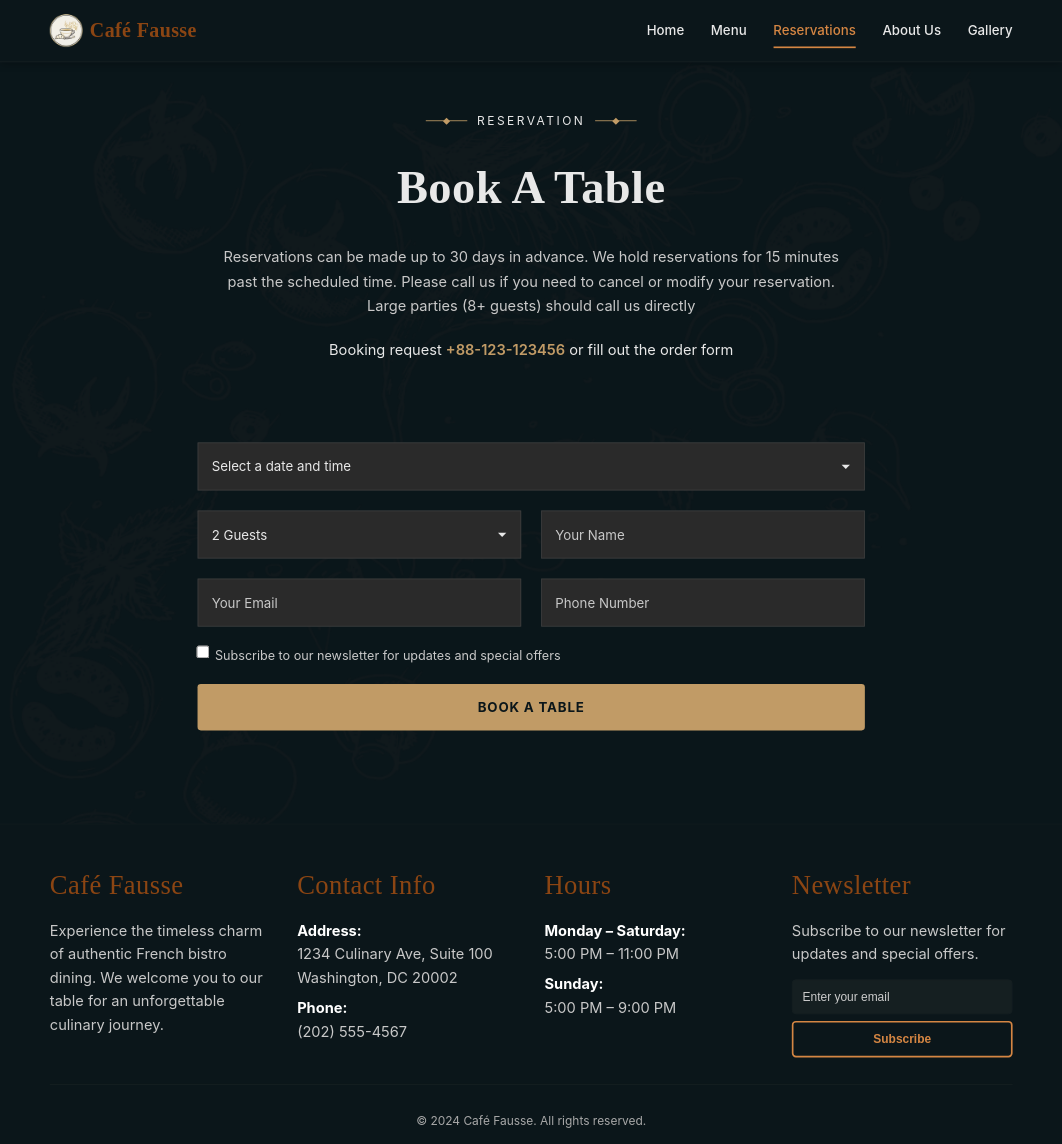
Repository: MatVanDenArt/MSSE-Cafe-Fausse
Page: /reservations (app in frontend/)
The author's editor kept a copy of each file at every save. The page is drawn from the files as they stood at one save, then again after the next save.
The browser window is 1280 px wide. The pictures show the whole page, at 83% of full size.
Backgrounds fixed to the window are drawn as part of the page. The project was rebuilt for these pictures with package versions that can differ from the ones it lists, and the page was loaded fresh each time. Also part of the build but not shown: frontend/src/pages/Home.css, frontend/src/pages/Home.js, frontend/src/pages/Menu.css, frontend/src/pages/Menu.js, frontend/src/pages/About.css, frontend/src/pages/About.js, frontend/src/pages/Gallery.css, frontend/src/pages/Gallery.js.

Above is the page before, as saved 2025-11-04 16:09:59.

### frontend/src/App.js
import React from "react";
import { BrowserRouter as Router, Routes, Route } from "react-router-dom";
import "./App.css";

// Import components
import Header from "./components/Header";
import Footer from "./components/Footer";
import Home from "./pages/Home";
import Menu from "./pages/Menu";
import Reservations from "./pages/Reservations";
import About from "./pages/About";
import Gallery from "./pages/Gallery";

function App() {
  return (
    <Router>
      <div className="App">
        <Header />
        <main className="main-content">
          <Routes>
            <Route path="/" element={<Home />} />
            <Route path="/menu" element={<Menu />} />
            <Route path="/reservations" element={<Reservations />} />
            <Route path="/about" element={<About />} />
            <Route path="/gallery" element={<Gallery />} />
          </Routes>
        </main>
        <Footer />
      </div>
    </Router>
  );
}

export default App;

### frontend/src/App.css
/* Global Styles */
* {
  margin: 0;
  padding: 0;
  box-sizing: border-box;
}

@import url("https://fonts.googleapis.com/css2?family=Dancing+Script:wght@400;500;600;700&family=Cormorant+Garamond:ital,wght@0,300;0,400;0,500;0,600;0,700;1,300;1,400;1,500;1,600&family=Inter:wght@300;400;500;600&family=Source+Sans+Pro:ital,wght@0,300;0,400;0,600;1,300;1,400&display=swap");

body {
  font-family: "Inter", "Source Sans Pro", "Helvetica Neue", "Arial", sans-serif;
  line-height: 1.6;
  color: #e8e8e8;
  background-color: #0b161a;
  font-weight: 400;
  padding-top: 70px; /* Account for fixed header */
}

/* Remove padding-top for home page since hero handles spacing */
.home {
  padding-top: 0;
}

.App {
  min-height: 100vh;
  display: flex;
  flex-direction: column;
}

.main-content {
  flex: 1;
}

/* Typography */
h1,
h2,
h3,
h4,
h5,
h6 {
  font-family: "Cormorant Garamond", "EB Garamond", "Georgia", "Times New Roman",
    serif;
  font-weight: 500;
  margin-bottom: 1rem;
  letter-spacing: 0.5px;
}

h1 {
  font-size: 2.5rem;
  color: #8b4513;
  font-family: "Dancing Script", "Cormorant Garamond", serif;
  font-weight: 600;
}

h2 {
  font-size: 2rem;
  color: #8b4513;
  font-family: "Dancing Script", "Cormorant Garamond", serif;
  font-weight: 600;
}

h3 {
  font-size: 2rem;
  color: #8b4513;
  font-family: "Dancing Script", "Cormorant Garamond", serif;
  font-weight: 500;
}

p {
  margin-bottom: 1rem;
  font-size: 1.1rem;
  font-family: "Inter", "Source Sans Pro", "Helvetica Neue", "Arial", sans-serif;
}

/* Container */
.container {
  max-width: 1200px;
  margin: 0 auto;
  padding: 0 20px;
}

/* Grid System */
.grid {
  display: grid;
  gap: 2rem;
}

.grid-2 {
  grid-template-columns: repeat(auto-fit, minmax(300px, 1fr));
}

.grid-3 {
  grid-template-columns: repeat(auto-fit, minmax(250px, 1fr));
}

.grid-4 {
  grid-template-columns: repeat(auto-fit, minmax(200px, 1fr));
}

/* Flexbox Utilities */
.flex {
  display: flex;
}

.flex-center {
  display: flex;
  justify-content: center;
  align-items: center;
}

.flex-between {
  display: flex;
  justify-content: space-between;
  align-items: center;
}

.flex-column {
  display: flex;
  flex-direction: column;
}

/* Buttons */
.btn {
  display: inline-block;
  padding: 12px 24px;
  background-color: #d58643;
  color: #0b161a;
  text-decoration: none;
  border: none;
  border-radius: 5px;
  font-size: 1rem;
  font-weight: 600;
  cursor: pointer;
  transition: all 0.3s ease;
  text-align: center;
}

.btn:hover {
  background-color: #c0763a;
  transform: translateY(-2px);
  box-shadow: 0 4px 12px rgba(213, 134, 67, 0.4);
}

.btn-secondary {
  background-color: transparent;
  color: #d58643;
  border: 2px solid #d58643;
}

.btn-secondary:hover {
  background-color: #d58643;
  color: #0b161a;
}

.btn-large {
  padding: 16px 32px;
  font-size: 1.1rem;
}

/* Forms */
.form-group {
  margin-bottom: 1.5rem;
}

.form-label {
  display: block;
  margin-bottom: 0.5rem;
  font-weight: 600;
  color: #d58643;
}

.form-input,
.form-select,
.form-textarea {
  width: 100%;
  padding: 12px;
  border: 2px solid #151f21;
  border-radius: 5px;
  font-size: 1rem;
  transition: border-color 0.3s ease;
  background-color: #151f21;
  color: #e8e8e8;
}

.form-input:focus,
.form-select:focus,
.form-textarea:focus {
  outline: none;
  border-color: #d58643;
  box-shadow: 0 0 0 3px rgba(213, 134, 67, 0.1);
}

.form-textarea {
  resize: vertical;
  min-height: 100px;
}

/* Cards */
.card {
  background: #151f21;
  border-radius: 10px;
  box-shadow: 0 4px 6px rgba(0, 0, 0, 0.3);
  overflow: hidden;
  transition: transform 0.3s ease;
  border: 1px solid #1f2a2d;
}

.card:hover {
  transform: translateY(-5px);
}

.card-body {
  padding: 1.5rem;
}

.card-title {
  font-size: 1.25rem;
  margin-bottom: 0.5rem;
  color: #8b4513;
  font-family: "Dancing Script", "Cormorant Garamond", serif;
  font-weight: 500;
}

.card-text {
  color: #c8c8c8;
  margin-bottom: 1rem;
}

/* Images */
.img-responsive {
  width: 100%;
  height: auto;
  display: block;
}

.img-rounded {
  border-radius: 10px;
}

/* Sections */
.section {
  padding: 4rem 0;
}

.section-dark {
  background-color: #0b161a;
  color: white;
}

.section-light {
  background-color: #151f21;
}

.section-title {
  text-align: center;
  margin-bottom: 3rem;
}

.section-title h2 {
  font-size: 2.5rem;
  margin-bottom: 1rem;
}

.section-title p {
  font-size: 1.2rem;
  color: #c8c8c8;
  max-width: 600px;
  margin: 0 auto;
}

/* Hero Section - Moved to Home.css */

.hero-content h1 {
  font-size: 3.5rem;
  margin-bottom: 1rem;
  color: white;
}

.hero-content p {
  font-size: 1.3rem;
  margin-bottom: 2rem;
  max-width: 600px;
}

.hero-buttons {
  display: flex;
  gap: 1rem;
  justify-content: center;
  flex-wrap: wrap;
}

/* Navigation styles are in Header.css */

/* Footer */
.footer {
  background-color: #333;
  color: white;
  padding: 3rem 0 1rem;
}

.footer-content {
  display: grid;
  grid-template-columns: repeat(auto-fit, minmax(250px, 1fr));
  gap: 2rem;
  margin-bottom: 2rem;
}

.footer-section h3 {
  color: #8b4513;
  margin-bottom: 1rem;
}

.footer-bottom {
  text-align: center;
  padding-top: 2rem;
  border-top: 1px solid #555;
  color: #ccc;
}

/* Responsive Design */
@media (max-width: 768px) {
  .container {
    padding: 0 15px;
  }

  .hero-content h1 {
    font-size: 2.5rem;
  }

  .hero-content p {
    font-size: 1.1rem;
  }

  .hero-buttons {
    flex-direction: column;
    align-items: center;
  }

  /* Navigation responsive styles are in Header.css */

  .grid-2,
  .grid-3,
  .grid-4 {
    grid-template-columns: 1fr;
  }

  h1 {
    font-size: 2rem;
  }

  h2 {
    font-size: 1.5rem;
  }
}

@media (max-width: 480px) {
  .hero-content h1 {
    font-size: 2rem;
  }

  .section {
    padding: 2rem 0;
  }

  .btn {
    padding: 10px 20px;
    font-size: 0.9rem;
  }
}

/* Utility Classes */
.text-center {
  text-align: center;
}

.text-left {
  text-align: left;
}

.text-right {
  text-align: right;
}

.mb-1 {
  margin-bottom: 0.5rem;
}
.mb-2 {
  margin-bottom: 1rem;
}
.mb-3 {
  margin-bottom: 1.5rem;
}
.mb-4 {
  margin-bottom: 2rem;
}

.mt-1 {
  margin-top: 0.5rem;
}
.mt-2 {
  margin-top: 1rem;
}
.mt-3 {
  margin-top: 1.5rem;
}
.mt-4 {
  margin-top: 2rem;
}

.p-1 {
  padding: 0.5rem;
}
.p-2 {
  padding: 1rem;
}
.p-3 {
  padding: 1.5rem;
}
.p-4 {
  padding: 2rem;
}

.hidden {
  display: none;
}

.visible {
  display: block;
}

### frontend/src/components/Header.js
import React, { useState, useEffect } from "react";
import { Link, useLocation } from "react-router-dom";
import "./Header.css";

const Header = () => {
  const [isMenuOpen, setIsMenuOpen] = useState(false);
  const location = useLocation();

  const toggleMenu = () => {
    setIsMenuOpen(!isMenuOpen);
  };

  const closeMenu = () => {
    setIsMenuOpen(false);
  };

  // Close menu when route changes
  useEffect(() => {
    closeMenu();
  }, [location]);

  // Close menu when clicking outside and prevent body scroll
  useEffect(() => {
    const handleClickOutside = (event) => {
      if (isMenuOpen && !event.target.closest(".nav")) {
        closeMenu();
      }
    };

    if (isMenuOpen) {
      document.addEventListener("click", handleClickOutside);
      document.body.style.overflow = "hidden"; // Prevent body scroll
    } else {
      document.body.style.overflow = "unset"; // Restore body scroll
    }

    return () => {
      document.removeEventListener("click", handleClickOutside);
      document.body.style.overflow = "unset"; // Cleanup
    };
  }, [isMenuOpen]);

  const isActive = (path) => {
    return location.pathname === path ? "active" : "";
  };

  return (
    <nav className="nav">
      <div className="container">
        <div className="nav-container">
          <Link to="/" className="nav-logo" onClick={closeMenu}>
            <img
              src="/images/Logo - Cafe Fausse.png"
              alt="Café Fausse Logo"
              className="nav-logo-img"
            />
            <span className="nav-logo-text">Café Fausse</span>
          </Link>

          <div className={`nav-menu ${isMenuOpen ? "nav-menu-open" : ""}`}>
            <Link
              to="/"
              className={`nav-link ${isActive("/")}`}
              onClick={closeMenu}
            >
              Home
            </Link>
            <Link
              to="/menu"
              className={`nav-link ${isActive("/menu")}`}
              onClick={closeMenu}
            >
              Menu
            </Link>
            <Link
              to="/reservations"
              className={`nav-link ${isActive("/reservations")}`}
              onClick={closeMenu}
            >
              Reservations
            </Link>
            <Link
              to="/about"
              className={`nav-link ${isActive("/about")}`}
              onClick={closeMenu}
            >
              About Us
            </Link>
            <Link
              to="/gallery"
              className={`nav-link ${isActive("/gallery")}`}
              onClick={closeMenu}
            >
              Gallery
            </Link>
          </div>

          <button
            className={`nav-toggle ${isMenuOpen ? "open" : ""}`}
            onClick={toggleMenu}
            aria-label="Toggle navigation menu"
          >
            <span className="nav-toggle-line"></span>
            <span className="nav-toggle-line"></span>
            <span className="nav-toggle-line"></span>
          </button>
        </div>
      </div>
    </nav>
  );
};

export default Header;

### frontend/src/components/Header.css
.nav {
  background-color: #0b161a;
  box-shadow: 0 2px 10px rgba(0, 0, 0, 0.3);
  position: fixed;
  top: 0;
  left: 0;
  right: 0;
  z-index: 1000;
  border-bottom: 1px solid #151f21;
}

.nav-container {
  display: flex;
  justify-content: space-between;
  align-items: center;
  padding: 1rem 0;
}

.nav-logo {
  display: flex;
  align-items: center;
  gap: 0.5rem;
  text-decoration: none;
  font-family: "Cormorant Garamond", "EB Garamond", "Georgia", "Times New Roman",
    serif;
  font-weight: 500;
  letter-spacing: 0.5px;
}

.nav-logo-img {
  height: 40px;
  width: auto;
}

.nav-logo-text {
  font-size: 1.5rem;
  font-weight: bold;
  color: #8b4513;
  font-family: "Dancing Script", "Cormorant Garamond", serif;
}

.nav-logo:hover .nav-logo-text {
  color: #d58643;
}

.nav-menu {
  display: flex;
  list-style: none;
  gap: 2rem;
  margin: 0;
  padding: 0;
}

.nav-link {
  color: #e8e8e8;
  text-decoration: none;
  font-weight: 500;
  transition: color 0.3s ease;
  padding: 0.5rem 0;
  position: relative;
}

.nav-link:hover,
.nav-link.active {
  color: #d58643;
}

.nav-link.active::after {
  content: "";
  position: absolute;
  bottom: 0;
  left: 0;
  right: 0;
  height: 2px;
  background-color: #d58643;
}

.nav-toggle {
  display: none;
  flex-direction: column;
  background: none;
  border: none;
  cursor: pointer;
  padding: 0.5rem;
}

.nav-toggle-line {
  width: 25px;
  height: 3px;
  background-color: #d58643;
  margin: 3px 0;
  transition: 0.3s;
}

/* Mobile Navigation */
@media (max-width: 768px) {
  .nav-toggle {
    display: flex;
  }

  .nav-menu {
    position: fixed;
    top: 70px;
    left: 0;
    right: 0;
    background-color: #0b161a;
    flex-direction: column;
    padding: 2rem;
    box-shadow: 0 2px 10px rgba(0, 0, 0, 0.3);
    transform: translateY(-100%);
    opacity: 0;
    visibility: hidden;
    transition: all 0.3s ease;
    z-index: 999;
    border-top: 1px solid #151f21;
  }

  .nav-menu-open {
    transform: translateY(0);
    opacity: 1;
    visibility: visible;
  }

  .nav-link {
    padding: 1rem 0;
    border-bottom: 1px solid #151f21;
    text-align: center;
    color: #e8e8e8;
  }

  .nav-link:last-child {
    border-bottom: none;
  }

  .nav-link:hover,
  .nav-link.active {
    color: #d58643;
  }

  .nav-toggle.open .nav-toggle-line:nth-child(1) {
    transform: rotate(45deg) translate(5px, 5px);
  }

  .nav-toggle.open .nav-toggle-line:nth-child(2) {
    opacity: 0;
  }

  .nav-toggle.open .nav-toggle-line:nth-child(3) {
    transform: rotate(-45deg) translate(7px, -6px);
  }
}

### frontend/src/components/Footer.css
.footer {
  background-color: #0b161a;
  color: #e8e8e8;
  padding: 3rem 0 1rem;
  margin-top: auto;
  border-top: 1px solid #151f21;
}

.footer-content {
  display: grid;
  grid-template-columns: repeat(auto-fit, minmax(250px, 1fr));
  gap: 2rem;
  margin-bottom: 2rem;
}

.footer-section h3 {
  color: #8b4513;
  margin-bottom: 1rem;
  font-size: 2rem;
  font-family: "Dancing Script", "Cormorant Garamond", "Times New Roman", serif;
  font-weight: 500;
  letter-spacing: 0.5px;
}

.footer-section p {
  margin-bottom: 0.5rem;
  line-height: 1.6;
  color: #c8c8c8;
}

.footer-section strong {
  color: white;
}

.newsletter-form {
  display: flex;
  flex-direction: column;
  gap: 0.5rem;
  margin-top: 1rem;
}

.newsletter-input {
  padding: 0.75rem;
  border: 1px solid #151f21;
  border-radius: 5px;
  background-color: #151f21;
  color: #e8e8e8;
  font-size: 0.9rem;
}

.newsletter-input::placeholder {
  color: #ccc;
}

.newsletter-input:focus {
  outline: none;
  border-color: #d58643;
}

.newsletter-btn {
  padding: 0.75rem;
  font-size: 0.9rem;
  border: 2px solid #d58643;
  background-color: transparent;
  color: #d58643;
}

.newsletter-btn:hover {
  background-color: #d58643;
  color: #0b161a;
}

.newsletter-btn:disabled {
  opacity: 0.6;
  cursor: not-allowed;
}

.newsletter-success {
  background-color: #4caf50;
  padding: 1rem;
  border-radius: 5px;
  text-align: center;
  margin-top: 1rem;
}

.newsletter-success p {
  margin: 0;
  color: white;
  font-weight: 600;
}

.footer-bottom {
  text-align: center;
  padding-top: 2rem;
  border-top: 1px solid #151f21;
  color: #a8a8a8;
}

.footer-bottom p {
  margin: 0;
  font-size: 0.9rem;
}

@media (max-width: 768px) {
  .footer {
    padding: 2rem 0 1rem;
  }

  .footer-content {
    grid-template-columns: 1fr;
    gap: 1.5rem;
  }

  .newsletter-form {
    flex-direction: column;
  }
}

### frontend/src/pages/Reservations.css
.reservations {
  padding: 4rem 0;
  min-height: 100vh;
  position: relative;
  background-color: #0b161a;
}

.reservations::before {
  content: "";
  position: absolute;
  top: 0;
  left: 0;
  right: 0;
  bottom: 0;
  background-color: rgba(11, 22, 26, 0.7);
  z-index: 0;
}

.reservations > .container {
  position: relative;
  z-index: 1;
}

.reservation-header-section {
  text-align: center;
  margin-bottom: 3rem;
  max-width: 800px;
  margin-left: auto;
  margin-right: auto;
  padding: 0 20px;
}

.reservation-subtitle {
  font-size: 0.9rem;
  letter-spacing: 3px;
  text-transform: uppercase;
  color: #e8e8e8;
  margin-bottom: 1.5rem;
  display: flex;
  align-items: center;
  justify-content: center;
  gap: 12px;
  font-family: "Inter", "Source Sans Pro", sans-serif;
  font-weight: 400;
}

.decorative-line {
  display: inline-block;
  width: 50px;
  height: 1px;
  background-color: #c19b66;
  position: relative;
}

.decorative-line::before {
  content: "";
  position: absolute;
  top: 50%;
  left: 50%;
  transform: translate(-50%, -50%) rotate(45deg);
  width: 6px;
  height: 6px;
  background-color: #c19b66;
}

.reservation-title {
  font-family: "Dancing Script", "Cormorant Garamond", serif;
  font-size: 3.5rem;
  font-weight: 600;
  color: #e8e8e8;
  margin: 0 0 1.5rem 0;
}

.reservation-description {
  font-size: 1.1rem;
  line-height: 1.7;
  color: #c8c8c8;
  margin-bottom: 1.5rem;
  font-family: "Inter", "Source Sans Pro", sans-serif;
}

.booking-contact {
  font-size: 1.1rem;
  color: #e8e8e8;
  font-family: "Inter", "Source Sans Pro", sans-serif;
}

.phone-number {
  color: #c19b66;
  font-weight: 600;
}

.reservation-form-container {
  padding: 3rem;
  max-width: 900px;
  margin: 0 auto;
}

.reservation-form {
  max-width: 100%;
}

.form-row {
  display: grid;
  gap: 1.5rem;
}

.form-row-two {
  grid-template-columns: repeat(2, 1fr);
}

.form-row-three {
  grid-template-columns: repeat(3, 1fr);
}

.form-group {
  margin-bottom: 1.5rem;
}

.form-group-full {
  grid-column: 1 / -1;
}

.sr-only {
  position: absolute;
  width: 1px;
  height: 1px;
  padding: 0;
  margin: -1px;
  overflow: hidden;
  clip: rect(0, 0, 0, 0);
  white-space: nowrap;
  border-width: 0;
}

.form-input,
.form-select {
  width: 100%;
  padding: 18px 16px;
  border: 1px solid rgb(255 255 255 / 10%);
  border-radius: 0;
  font-size: 1rem;
  transition: border-color 0.3s ease;
  background-color: #2a2a2a;
  color: #e8e8e8;
  font-family: "Inter", "Source Sans Pro", sans-serif;
  appearance: none;
  -webkit-appearance: none;
  -moz-appearance: none;
}

.form-select {
  background-image: url("data:[embedded picture, 161 characters]");
  background-repeat: no-repeat;
  background-position: right 16px center;
  padding-right: 40px;
}

.form-input:focus,
.form-select:focus {
  outline: none;
  border-color: #e4c590;
  background-color: #2a2a2a;
}

.form-input::placeholder {
  color: #c8c8c8;
}

.form-textarea {
  width: 100%;
  padding: 18px 16px;
  border: 1px solid #e8e8e8;
  border-radius: 0;
  font-size: 1rem;
  transition: border-color 0.3s ease;
  background-color: #2a2a2a;
  color: #e8e8e8;
  font-family: "Inter", "Source Sans Pro", sans-serif;
  resize: vertical;
  min-height: 120px;
}

.form-textarea:focus {
  outline: none;
  border-color: #e8e8e8;
  background-color: #2a2a2a;
}

.form-textarea::placeholder {
  color: #c8c8c8;
}

.checkbox-label {
  display: flex;
  align-items: flex-start;
  gap: 0.5rem;
  cursor: pointer;
  font-size: 0.95rem;
  line-height: 1.4;
}

.checkbox-input {
  margin: 0;
  transform: scale(1.2);
  accent-color: #c19b66;
}

.checkbox-text {
  color: #c8c8c8;
}

.submit-status {
  padding: 1rem;
  border-radius: 8px;
  margin-bottom: 1.5rem;
  font-weight: 500;
}

.submit-status.success {
  background-color: #d4edda;
  color: #155724;
  border: 1px solid #c3e6cb;
}

.submit-status.error {
  background-color: #f8d7da;
  color: #721c24;
  border: 1px solid #f5c6cb;
}

.reservation-submit {
  width: 100%;
  padding: 18px 32px;
  font-size: 1rem;
  font-weight: 700;
  letter-spacing: 1px;
  text-transform: uppercase;
  background-color: #c19b66;
  color: #0b161a;
  border: none;
  border-radius: 4px;
  cursor: pointer;
  transition: all 0.3s ease;
  font-family: "Inter", "Source Sans Pro", sans-serif;
}

.reservation-submit:hover:not(:disabled) {
  background-color: #b08a55;
}

.reservation-submit:disabled {
  background-color: #ccc;
  cursor: not-allowed;
  transform: none;
}

.powered-by {
  text-align: center;
  font-size: 0.9rem;
  color: #a8a8a8;
  margin-top: 1.5rem;
  font-family: "Inter", "Source Sans Pro", sans-serif;
  padding: 0;
}

.reservation-policy-section {
  margin-top: 4rem;
  max-width: 900px;
  margin-left: auto;
  margin-right: auto;
  padding: 0 20px;
}

.info-card {
  background: #151f21;
  padding: 1.5rem;
  border-radius: 10px;
  box-shadow: 0 2px 4px rgba(0, 0, 0, 0.3);
  border-left: 4px solid #8b4513;
  border: 1px solid #1f2a2d;
}

.info-card h3 {
  color: #8b4513;
  margin-bottom: 1rem;
  font-size: 1.2rem;
  font-family: "Dancing Script", "Cormorant Garamond", serif;
  font-weight: 500;
}

.info-card ul {
  list-style: none;
  padding: 0;
  margin: 0;
}

.info-card li {
  padding: 0.5rem 0;
  border-bottom: 1px solid #1f2a2d;
  position: relative;
  padding-left: 1.5rem;
  color: #c8c8c8;
}

.info-card li:last-child {
  border-bottom: none;
}

.info-card li::before {
  content: "•";
  color: #c19b66;
  font-weight: bold;
  position: absolute;
  left: 0;
}

.info-card p {
  margin-bottom: 0.5rem;
  line-height: 1.5;
  color: #c8c8c8;
}

.info-card strong {
  color: #c19b66;
}

@media (max-width: 768px) {
  .reservations {
    padding: 1rem 0;
  }

  .reservation-form-container {
    padding: 1.5rem;
  }

  .form-row-two,
  .form-row-three {
    grid-template-columns: 1fr;
  }

  .reservation-title {
    font-size: 2.5rem;
  }

  .reservation-description,
  .booking-contact {
    font-size: 1rem;
  }

  .form-group {
    margin-bottom: 1rem;
  }

  .info-card {
    padding: 1rem;
  }

  .info-card h3 {
    font-size: 1.1rem;
  }
}

@media (max-width: 480px) {
  .reservation-form-container {
    padding: 1rem;
  }

  .form-input,
  .form-select {
    padding: 10px;
    font-size: 0.9rem;
  }

  .reservation-submit {
    padding: 14px;
    font-size: 1rem;
  }

  .info-card {
    padding: 0.8rem;
  }
}

Loaded but not shown: frontend/public/index.html (common file); frontend/src/index.js (common file); frontend/src/index.css (common file); frontend/src/reportWebVitals.js (common file); frontend/src/pages/Reservations.js (283 lines, source omitted); frontend/src/components/Footer.js (111 lines, source omitted)

After the next save:
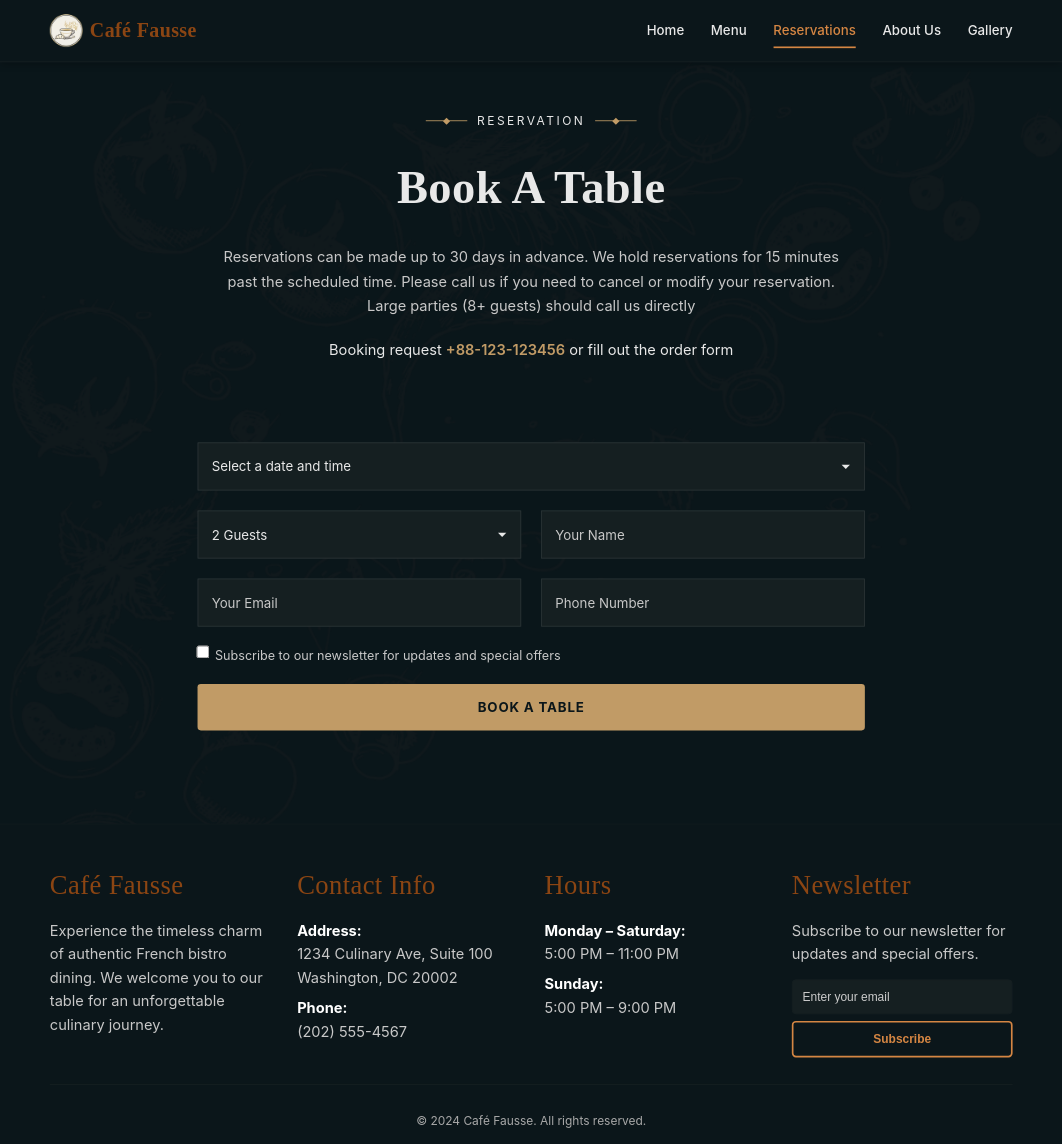
Saved 2 min 11 s later.
--- a/frontend/src/pages/Reservations.css
+++ b/frontend/src/pages/Reservations.css
@@ -141,7 +141,7 @@
   border-radius: 0;
   font-size: 1rem;
   transition: border-color 0.3s ease;
-  background-color: #2a2a2a;
+  background-color: #151f21;
   color: #e8e8e8;
   font-family: "Inter", "Source Sans Pro", sans-serif;
   appearance: none;
